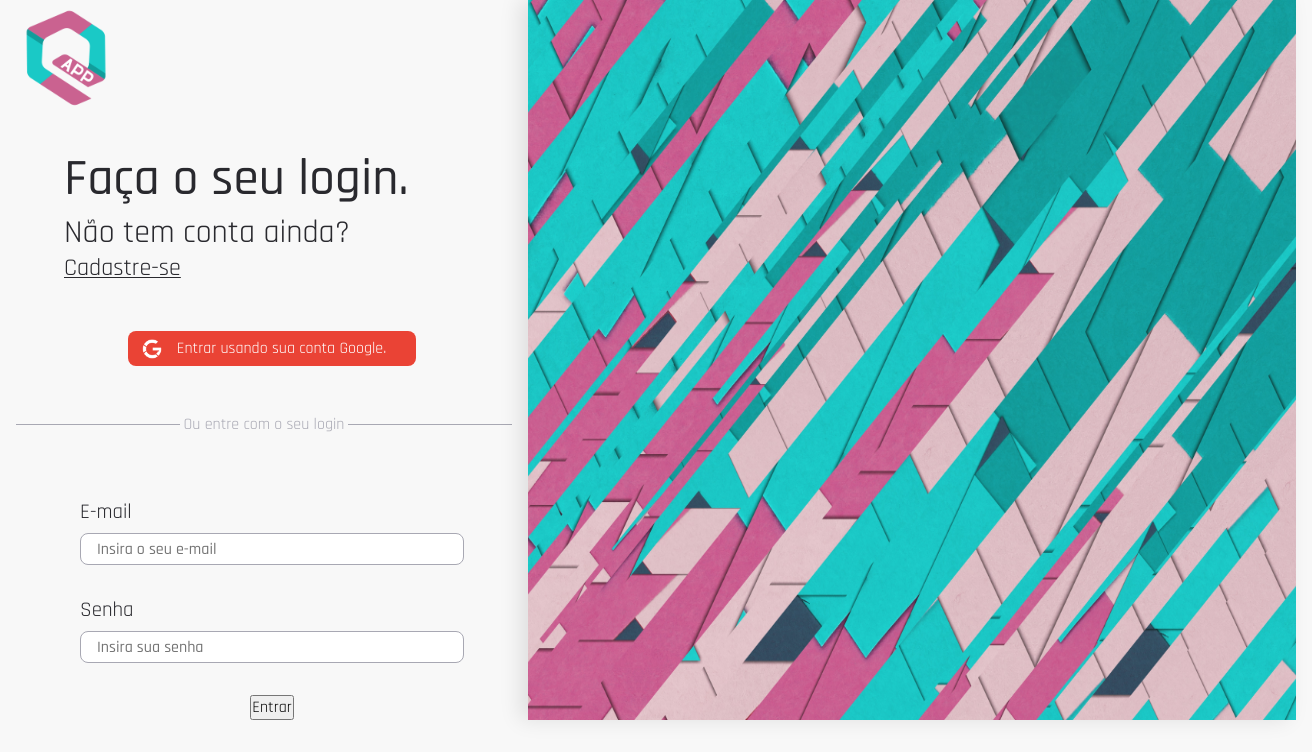
Repository: kika-cavalher/qapp-web
Page: /
An editor plug-in stored every save of this project. The page is shown before and after the next save, followed by the edit.
The browser window is 1280 px wide. The page is 1312 px wide, so the pictures cover 1312 px, including what lies to the right of the window. The pictures show the whole page.
The page's requests for data from a server got no answer. The project was rebuilt for these pictures with package versions that can differ from the ones it lists, and the page was loaded fresh each time. No one was signed in, and anything a server would have sent is missing.

Above is the page before, as saved 2022-02-23 20:33:46.

After the next save:
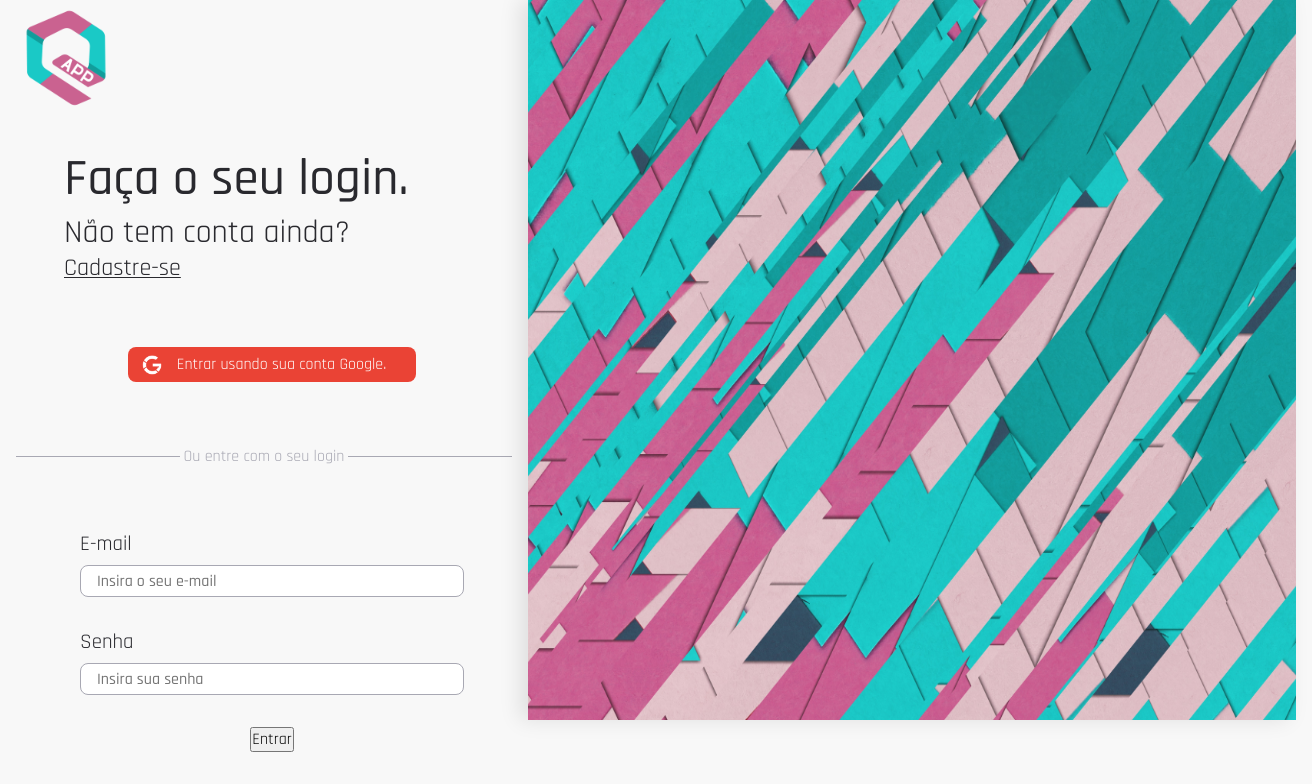
Saved 32 s later.
--- a/src/styles/pages/login.scss
+++ b/src/styles/pages/login.scss
@@ -49,7 +49,7 @@ main{
 
 .page-login--main__google {
     display: flex;
-    margin: 1rem 0;
+    margin: 2rem 0;
     align-self: center;
     width: 18rem;
 
